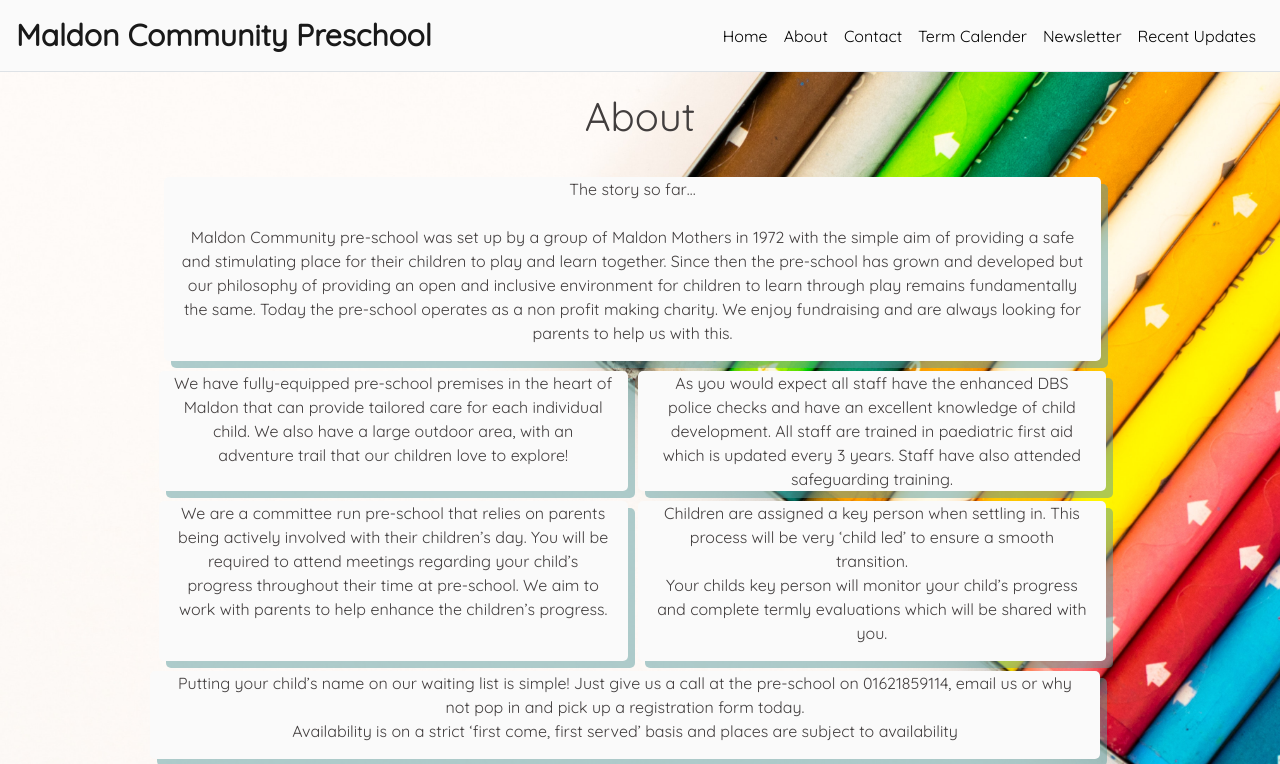
Repository: parkslee/milestone_1
Page: about.html
The author's editor kept a record of every edit. The page is drawn from the files as they stood at one moment, then again after the next edit.
The browser window is 1280 px wide. The pictures show the part of the page from y = 0 to 764 px (the page is 1412 px tall).
Pictures or frames that could not be fetched are drawn as grey boxes. Some web libraries are served in a nearby version.

Above is the page before.

After the next edit:
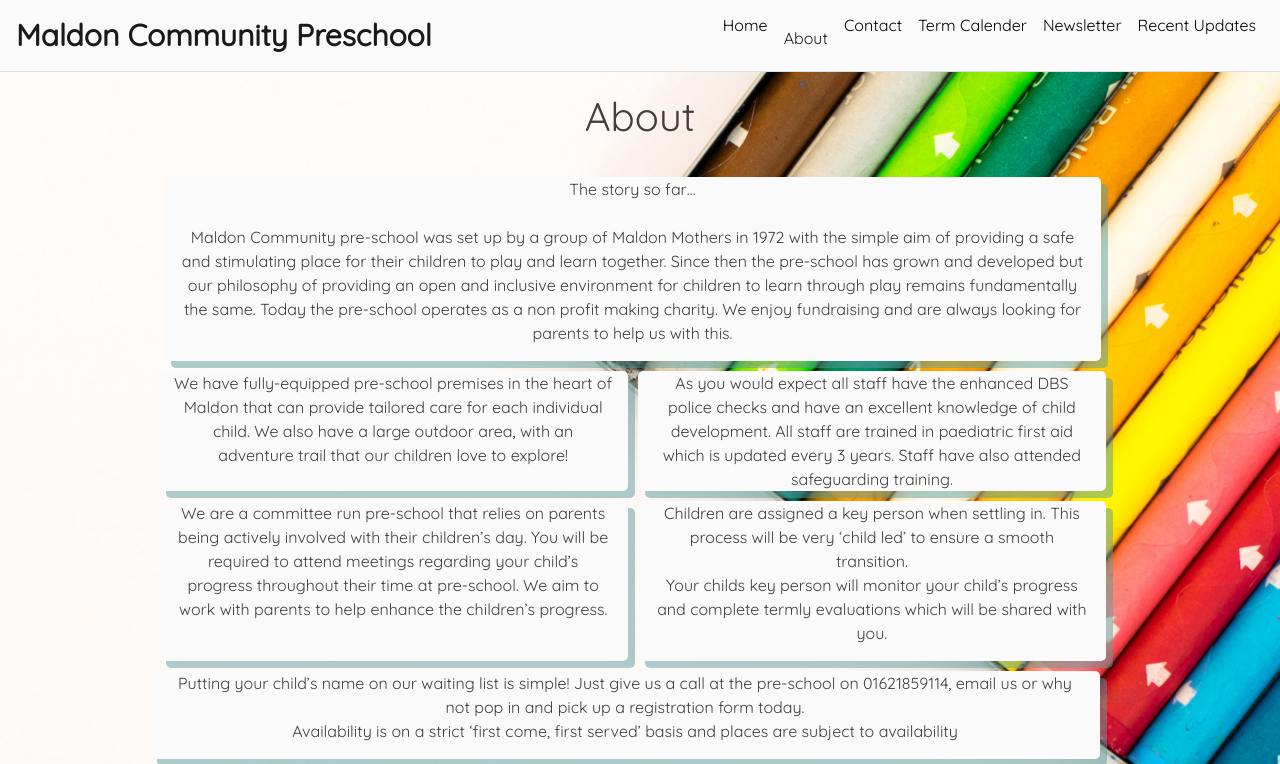
The edit:
--- a/about.html
+++ b/about.html
@@ -28,7 +28,7 @@
                             <a class="nav-link-star" href="./index.html">Home </a>
                         </li>
                         <li class="nav-item">
-                            <a class="nav-link-star active" href="./about.html">About<span
+                            <a class="nav-link active" href="./about.html">About<span
                                     class="sr-only">(current)</span></a>
                         </li>
                         <li class="nav-item">
